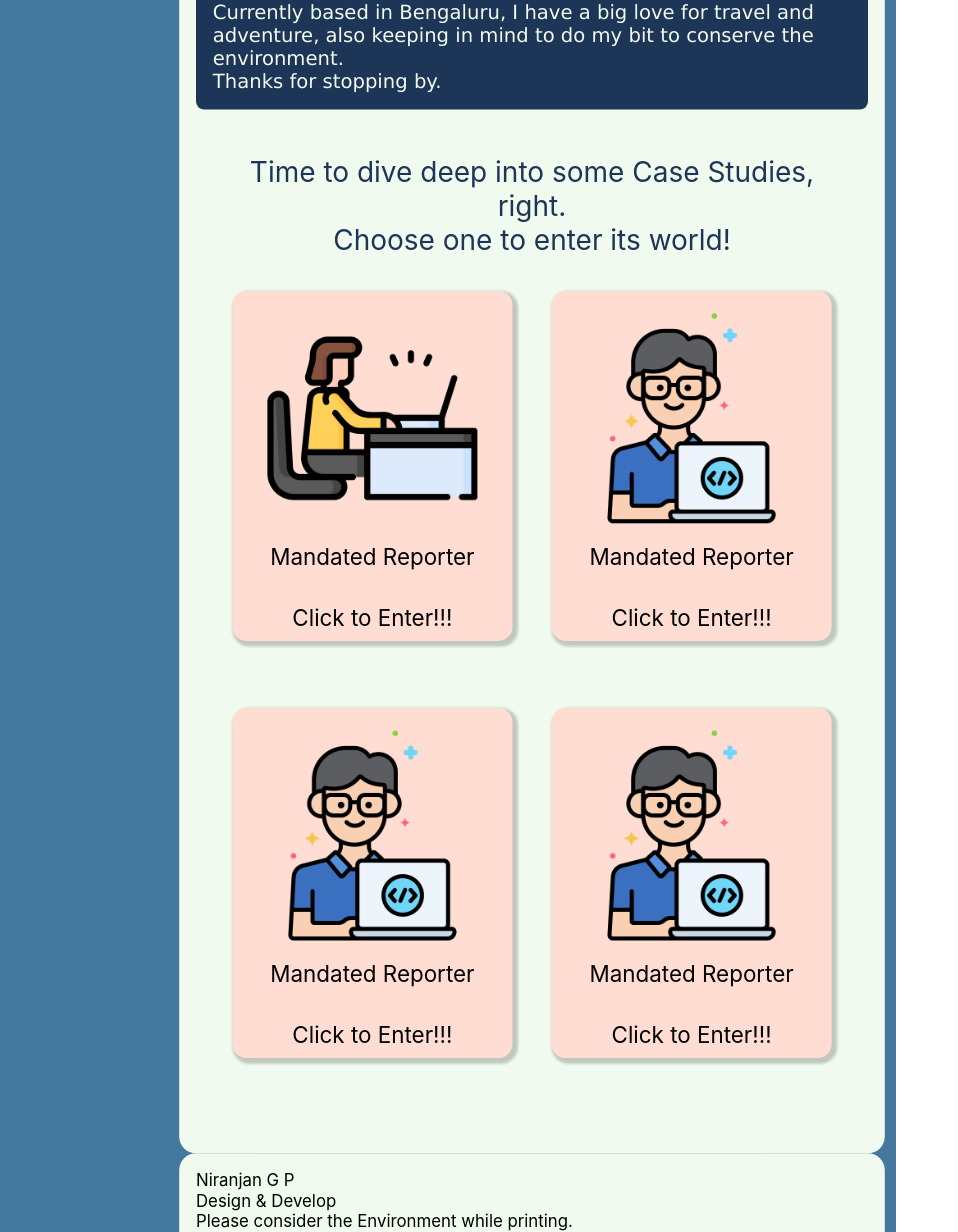
Repository: niranjangp/portfolioReact
Page: /
The author's editor kept a copy of each file at every save. The page is drawn from the files as they stood at one save, then again after the next save.
The browser window is 1280 px wide. The page is 1368 px wide, so the pictures cover 1368 px, including what lies to the right of the window. The pictures show the part of the page from y = 932 to 2692 px (the page is 2734 px tall), at 70% of full size.
The project was rebuilt for these pictures with package versions that can differ from the ones it lists, and the page was loaded fresh each time. Also part of the build but not shown: src/pages/csOne.jsx, src/pages/notFound.jsx.

Above is the page before, as saved 2022-02-01 00:03:45.

After the next save:
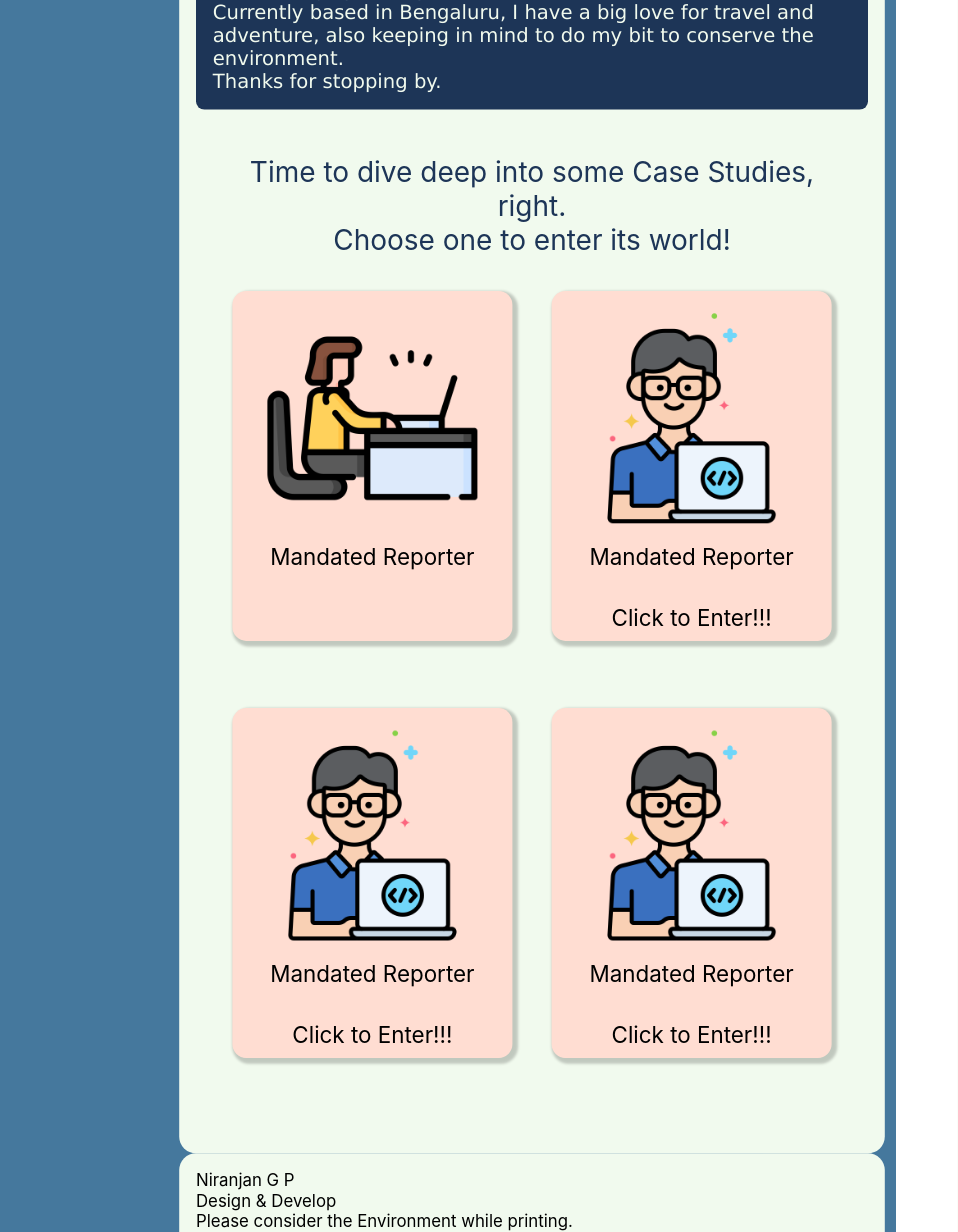
Saved 19 s later.
--- a/src/pages/enterDesign.jsx
+++ b/src/pages/enterDesign.jsx
@@ -39,7 +39,7 @@ const enterDesign = () => {
                     <div className="card" onClick={navtoCardDet} id="">
                         <img src={WorkingIcon} alt="card-icon" className='card-icon' />
                         <p>Mandated Reporter</p>
-                        <p>Click to Enter!!!</p>
+                        {/*<p>Click to Enter!!!</p>*/}
                     </div>
                 </div>
                 <div className='card-box'>
